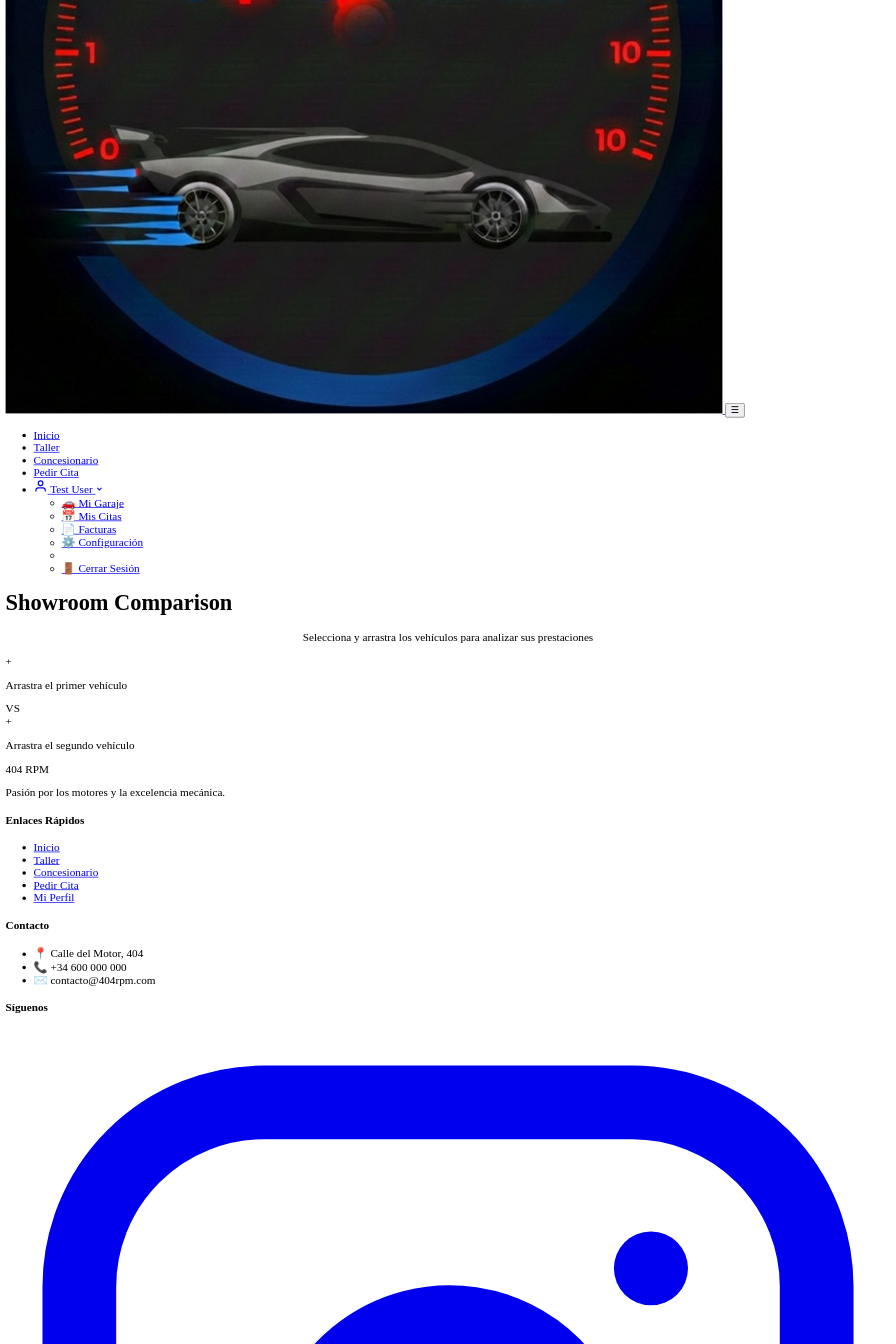
Repository: ikcpt/404-rpm
Page: http://localhost/comparacion
These files come from the project's save history. The page is drawn as it stood at one moment and after the next save; the edit follows.
The browser window is 1280 px wide. The pictures show the part of the page from y = 442 to 2362 px (the page is 5765 px tall), at 70% of full size.
The page is served by the project's Laravel application, run on PHP 8.4 with Laravel 12. A made-up administrator, Test User (test@example.com), is signed in. Other server files are loaded and not shown. Queries for data that is not in the repository find no rows.

Above is the page before, as saved 2026-02-05 11:35:54.

### dev/backend/src/routes/web.php
<?php

use App\Http\Controllers\ProfileController;
use App\Http\Controllers\HomeController;
use App\Http\Controllers\CarController;
use Illuminate\Support\Facades\File;
use Illuminate\Support\Facades\Route;
use Illuminate\Support\Facades\Response;
use Illuminate\Support\Facades\Auth;
use App\Models\Car;
use App\Models\Brand;
use App\Models\Appointment;

Route::get('/', [HomeController::class, 'index'])->name('home');

Route::get('/login', function() {
    return view('login');
})->name('login');

Route::get('/register', function() {
    return view('register');
})->name('register');

Route::get('/dashboard', function () {
    return redirect('/');
})->middleware(['auth', 'verified'])->name('dashboard');

// Ruta para acceder al menú de inicio de sesión
Route::get('acceso', function () {
    return view('acceso');
})->name('acceso');

Route::get('/concesionario', function () {
    $brands = Brand::all();
    // Obtenemos los coches separándolos por su clase y cargando la marca para optimizar
    $gamaAlta  = Car::where('class', 'Gama Alta')->with('brand')->get();
    $gamaMedia = Car::where('class', 'Gama Media')->with('brand')->get();
    $ocasion   = Car::where('class', 'Ocasión')->with('brand')->get();

    return view('concesionario', compact('brands', 'gamaAlta', 'gamaMedia', 'ocasion'));
})->name('concesionario');

Route::get('/api/cars/{id}', function ($id) {
    $car = Car::with(['brand', 'extras'])->find($id);

    if (!$car) {
        return response()->json(['error' => 'Coche no encontrado'], 404);
    }

    // Laravel convierte esto automáticamente a JSON
    return response()->json($car);
});

Route::get('/ficha/{id}', function ($id) {
    return view('ficha', ['id' => $id]);
})->name('ficha');

Route::get('/marca/{id}', [CarController::class, 'carsByBrand'])->name('marca.detalle');

// Middleware de autenticación. Las rutas que están dentro funcionarán si el usuario ha iniciado sesión
Route::get('/factura/{id}', function ($id) {
    return "Aquí se descargará la factura " . $id;
})->name('invoice');

Route::get('/cita', [CitaController::class, 'create'])->name('cita.create');
Route::post('/cita', [CitaController::class, 'store'])->name('citas.store');

// Rutas del perfil
Route::middleware('auth')->group(function () {
    // Ruta para cambiar la configuración del perfil
    Route::get('configuracion', [ProfileController::class, 'edit'])->name('configuracion');

    // Ruta para actualizar la información del perfil
    Route::patch('/profile', [ProfileController::class, 'update'])->name('profile.update');

    // Ruta para borrar información del perfil
    Route::delete('/profile', [ProfileController::class, 'destroy'])->name('profile.destroy');

    // Perfil (Vista principal)
    Route::get('/perfil', function() {
        $user = Auth::user()->load('profile', 'cars.brand');
        return view('perfil', compact('user'));
    })->name('perfil');

    // Facturas
    Route::get('/mis-facturas', function() {
        $user = Auth::user();
        $facturas = $user->facturas()->orderBy('fecha_emision', 'desc')->get();
        return view('mis-facturas', compact('user', 'facturas'));
    })->name('mis-facturas');

    // Citas
Route::get('/mis-citas', function () {
    $user = Auth::user();

    // 1. Obtenemos las citas
    $citas = App\Models\Cita::where('user_id', $user->id)->get();

    // 2. Obtenemos los coches (ESTO ES LO QUE FALTABA)
    $misCoches = $user->cars;

    // 3. Enviamos AMBAS variables a la vista
    return view('profile.citas', compact('citas', 'misCoches'));
})->name('mis-citas');

});


use App\Http\Controllers\ComparacionController;

Route::get('/comparacion', [ComparacionController::class, 'index'])->name('comparacion');
Route::get('/comparacion/{id}', [ComparacionController::class, 'show']);


// --- RUTA COMODÍN ---
// Esta ruta captura cualquier URL que no coincida con las anteriores.

Route::get('{any}', function ($filename) {
    $path = base_path('../frontend/' . $filename);

    if (!File::exists($path)) {
        abort(404);
    }

    $file = File::get($path);
    $type = File::mimeType($path);

    $response = Response::make($file, 200);
    $response->header('Content-Type', $type);

    return $response;
})->where('any', '.*');

require __DIR__.'/auth.php';

### dev/backend/src/app/Models/User.php
<?php

namespace App\Models;

// use Illuminate\Contracts\Auth\MustVerifyEmail;
use Illuminate\Database\Eloquent\Factories\HasFactory;
use Illuminate\Foundation\Auth\User as Authenticatable;
use Illuminate\Notifications\Notifiable;
use App\Models\Appointment;

class User extends Authenticatable
{
    /** @use HasFactory<\Database\Factories\UserFactory> */
    use HasFactory, Notifiable;

    /**
     * The attributes that are mass assignable.
     *
     * @var list<string>
     */
    protected $fillable = [
        'name',
        'email',
        'password',
    ];

    /**
     * The attributes that should be hidden for serialization.
     *
     * @var list<string>
     */
    protected $hidden = [
        'password',
        'remember_token',
    ];

    /**
     * Get the attributes that should be cast.
     *
     * @return array<string, string>
     */
    protected function casts(): array
    {
        return [
            'email_verified_at' => 'datetime',
            'password' => 'hashed',
        ];
    }

    // Relación. User 1:N Cars
    public function cars() {
        return $this->hasMany(Car::class);
    }

    public function profile() {
        return $this->hasOne(Profile::class);
    }

    public function reviews() {
        return $this->hasMany(Review::class);
    }
public function facturas()
    {
        // Cambia 'Factura::class' por 'Invoice::class'
        return $this->hasMany(Invoice::class);
    }
    public function appointments()
{
    return $this->hasMany(Appointment::class);
}
}

### dev/backend/src/app/Http/Controllers/ComparacionController.php
<?php

namespace App\Http\Controllers;

use App\Models\Car;
use Illuminate\Http\Request;

class ComparacionController extends Controller
{
    public function index()
    {
        // Carga ligera para el menú de selección
        $coches = Car::with('brand')->select('id', 'brand_id', 'model', 'image')->limit(15)->get();
        return view('comparacion', compact('coches'));
    }

    public function show($id)
    {
        try {
            $coche = Car::with(['brand', 'extras'])->findOrFail($id);

            return response()->json([
                'success' => true,
                'data' => [
                    'header' => [
                        'marca'  => $coche->brand->name ?? 'Marca',
                        'modelo' => $coche->model,
                        'imagen' => asset($coche->image), // Asegúrate de que la ruta sea accesible
                    ],
                    'precio' => [
                        'display' => number_format($coche->price, 0, ',', '.') . ' €',
                        'value'   => $coche->price
                    ],
                    // Array de especificaciones para iterar fácil
                    'specs' => [
                        [
                            'id'    => 'hp', // ID para comparar valores luego
                            'label' => 'Potencia',
                            'val'   => $coche->hp,
                            'unit'  => 'CV'
                        ],
                        [
                            'id'    => 'accel',
                            'label' => '0-100 km/h',
                            'val'   => $coche->acceleration, // Asume que es número (ej: 3.5)
                            'unit'  => 's'
                        ],
                        [
                            'id'    => 'cons',
                            'label' => 'Consumo',
                            'val'   => $coche->consumption,
                            'unit'  => 'L/100'
                        ]
                    ],
                    'extras' => $coche->extras->pluck('name')->take(3) // Solo los 3 primeros extras
                ]
            ]);

        } catch (\Exception $e) {
            return response()->json(['success' => false], 404);
        }
    }
}

### dev/backend/src/app/Models/Car.php
<?php

namespace App\Models;

use Illuminate\Database\Eloquent\Factories\HasFactory;
use Illuminate\Database\Eloquent\Model;

class Car extends Model
{
    use HasFactory;

    protected $fillable = [
        'brand_id',
        'user_id',
        'model',
        'type',
        'description',
        'price',
        'image',
    ];

    public function brand() {
        return $this->belongsTo(Brand::class);
    }

    public function user() {
        return $this->belongsTo(User::class);
    }

public function extras() {
    return $this->belongsToMany(Extra::class);
}
}

### dev/backend/src/resources/views/comparacion.blade.php
@extends('layouts.layout')

@section('content')
<div class="comparador">
    <header class="titulo-container">
        <h1 class="titulo">Showroom Comparison</h1>
        <p style="color: var(--text-muted); text-align: center;">Selecciona y arrastra los vehículos para analizar sus prestaciones</p>
    </header>

    <section class="garage">
        @foreach($coches as $coche)
            <div class="car-card" draggable="true" data-id="{{ $coche->id }}">
                <img src="{{ $coche->image }}" alt="{{ $coche->model }}">
                <span>{{ $coche->model }}</span>
                <small style="color: var(--primary)">{{ $coche->brand->name ?? '' }}</small>
            </div>
        @endforeach
    </section>

    <section class="zona-comparacion">
        <div class="drop-slot" id="slotA">
            <div class="empty-state">
                <div class="icon-plus">+</div>
                <p>Arrastra el primer vehículo</p>
            </div>
            <div class="specs-container" style="display:none;"></div>
        </div>

        <div class="vs">VS</div>

        <div class="drop-slot" id="slotB">
            <div class="empty-state">
                <div class="icon-plus">+</div>
                <p>Arrastra el segundo vehículo</p>
            </div>
            <div class="specs-container" style="display:none;"></div>
        </div>
    </section>
</div>
@endsection

### dev/backend/src/resources/views/layouts/layout.blade.php
<!DOCTYPE html>
<html lang="es">

<head>
    <meta charset="UTF-8">
    <meta name="viewport" content="width=device-width, initial-scale=1.0">
    <title>@yield('title', '404 RPM')</title>

    <link rel="preconnect" href="https://fonts.googleapis.com">
    <link rel="preconnect" href="https://fonts.gstatic.com" crossorigin>
    <link href="https://fonts.googleapis.com/css2?family=Inter:wght@400;600;700&display=swap" rel="stylesheet">

    <link rel="stylesheet" href="{{ asset('css/inicio.css') }}">
    <link rel="stylesheet" href="{{ asset('css/Tarjetas.css') }}">
    <link rel="stylesheet" href="{{ asset('css/perfil.css') }}">
    <link rel="stylesheet" href="{{ asset('css/footer.css') }}">
    <link rel="stylesheet" href="{{ asset('css/nav.css') }}">
    <link rel="stylesheet" href="{{ asset('css/concesionario.css') }}">
    <link rel="stylesheet" href="{{ asset('css/responsive.css') }}">
    <link rel="stylesheet" href="{{ asset('css/buscador.css') }}">

    @stack('styles')
</head>

<body>
    <header class="encabezado-principal">
        <div class="contenedor-header">
            <a href="{{ route('home') }}" class="logo">
                <img src="{{ asset('assets/img/logo.jpg') }}" alt="404 RPM Inicio">
            </a>

            <button class="boton-menu" aria-label="Abrir menú">☰</button>

            <nav class="navegacion-principal">
                <ul class="lista-navegacion">
                    <li><a href="{{ route('home') }}" class="enlace-nav">Inicio</a></li>
                    <li><a href="{{ asset('taller.html') }}" class="enlace-nav">Taller</a></li>
                    <li><a href="{{ route('concesionario') }}" class="enlace-nav">Concesionario</a></li>
                    <li><a href="{{ route('cita.create') }}" class="enlace-nav">Pedir Cita</a></li>

                    @guest
                    <li id="menu-guest" style="display: flex; gap: 15px; align-items: center;">
                        <a href="{{ route('login') }}" class="enlace-nav boton-destacado">Entrar</a>
                    </li>
                    @endguest

                    @auth
                    <li id="menu-auth" class="item-con-desplegable">
                        <a href="{{ route('perfil') }}" class="enlace-nav enlace-perfil">
                            <svg viewBox="0 0 24 24" width="20" height="20" stroke="currentColor" stroke-width="2"
                                fill="none">
                                <path d="M20 21v-2a4 4 0 0 0-4-4H8a4 4 0 0 0-4 4v2"></path>
                                <circle cx="12" cy="7" r="4"></circle>
                            </svg>
                            <span id="user-name">{{ Auth::user()->name }}</span>
                            <svg class="flecha-baja" width="12" height="12" viewBox="0 0 24 24" stroke="currentColor"
                                stroke-width="3" fill="none">
                                <path d="M6 9l6 6 6-6" />
                            </svg>
                        </a>

                        <ul class="submenu">
                            <li><a href="{{ route('perfil') }}#garaje">🚗 Mi Garaje</a></li>
                            <li><a href="{{ route('perfil') }}#citas">📅 Mis Citas</a></li>
                            <li><a href="{{ route('mis-facturas') }}">📄 Facturas</a></li>
                            <li><a href="{{ route('configuracion') }}">⚙️ Configuración</a></li>
                            <li class="separador-menu"></li>
                            <li>
                                <form method="POST" action="{{ route('logout') }}" style="display: inline;">
                                    @csrf
                                    <a href="#" onclick="event.preventDefault(); this.closest('form').submit();"
                                        class="cerrar-sesion">
                                        🚪 Cerrar Sesión
                                    </a>
                                </form>
                            </li>
                        </ul>
                    </li>
                    @endauth

                </ul>
            </nav>
        </div>
    </header>

    <main>
        @yield('content')
    </main>

    <footer class="pie-pagina">
        <div class="contenedor-footer">
            <div class="columna-footer">
                <div class="footer-logo">404 RPM</div>
                <p class="footer-texto">Pasión por los motores y la excelencia mecánica.</p>
            </div>

            <div class="columna-footer">
                <h4>Enlaces Rápidos</h4>
                <ul class="enlaces-footer">
                    <li><a href="{{ route('home') }}">Inicio</a></li>
                    <li><a href="{{ asset('taller.html') }}">Taller</a></li>
                    <li><a href="{{ route('concesionario') }}">Concesionario</a></li>
                    <li><a href="{{ asset('cita.html') }}">Pedir Cita</a></li>
                    <li><a href="{{ route('login') }}">Mi Perfil</a></li>
                </ul>
            </div>

            <div class="columna-footer">
                <h4>Contacto</h4>
                <ul class="info-contacto">
                    <li>📍 Calle del Motor, 404</li>
                    <li>📞 +34 600 000 000</li>
                    <li>✉️ contacto@404rpm.com</li>
                </ul>
            </div>

            <div class="columna-footer">
                <h4>Síguenos</h4>
                <div class="redes-sociales">
                    <a href="#" aria-label="Instagram" class="icono-social">
                        <svg viewBox="0 0 24 24" stroke="currentColor" stroke-width="2" fill="none"
                            stroke-linecap="round" stroke-linejoin="round">
                            <rect x="2" y="2" width="20" height="20" rx="5" ry="5"></rect>
                            <path d="M16 11.37A4 4 0 1 1 12.63 8 4 4 0 0 1 16 11.37z"></path>
                            <line x1="17.5" y1="6.5" x2="17.51" y2="6.5"></line>
                        </svg>
                    </a>
                    <a href="#" aria-label="Facebook" class="icono-social">
                        <svg viewBox="0 0 24 24" stroke="currentColor" stroke-width="2" fill="none"
                            stroke-linecap="round" stroke-linejoin="round">
                            <path d="M18 2h-3a5 5 0 0 0-5 5v3H7v4h3v8h4v-8h3l1-4h-4V7a1 1 0 0 1 1-1h3z"></path>
                        </svg>
                    </a>
                    <a href="#" aria-label="Twitter" class="icono-social">
                        <svg viewBox="0 0 24 24" stroke="currentColor" stroke-width="2" fill="none"
                            stroke-linecap="round" stroke-linejoin="round">
                            <path
                                d="M23 3a10.9 10.9 0 0 1-3.14 1.53 4.48 4.48 0 0 0-7.86 3v1A10.66 10.66 0 0 1 3 4s-4 9 5 13a11.64 11.64 0 0 1-7 2c9 5 20 0 20-11.5a4.5 4.5 0 0 0-.08-.83A7.72 7.72 0 0 0 23 3z">
                            </path>
                        </svg>
                    </a>
                </div>
            </div>
        </div>
        <div class="barra-copyright">
            <p>&copy; 2026 404 RPM. Todos los derechos reservados.</p>
        </div>
    </footer>

    <script src="{{ asset('js/app.js') }}"></script>
    @yield('scripts')
</body>

</html>

Loaded but not shown: dev/backend/src/routes/auth.php (common file); dev/backend/src/app/Http/Controllers/Auth/EmailVerificationPromptController.php (common file); dev/backend/src/app/Http/Controllers/Controller.php (common file); dev/backend/src/app/Http/Controllers/Auth/VerifyEmailController.php (common file)

After the next save:
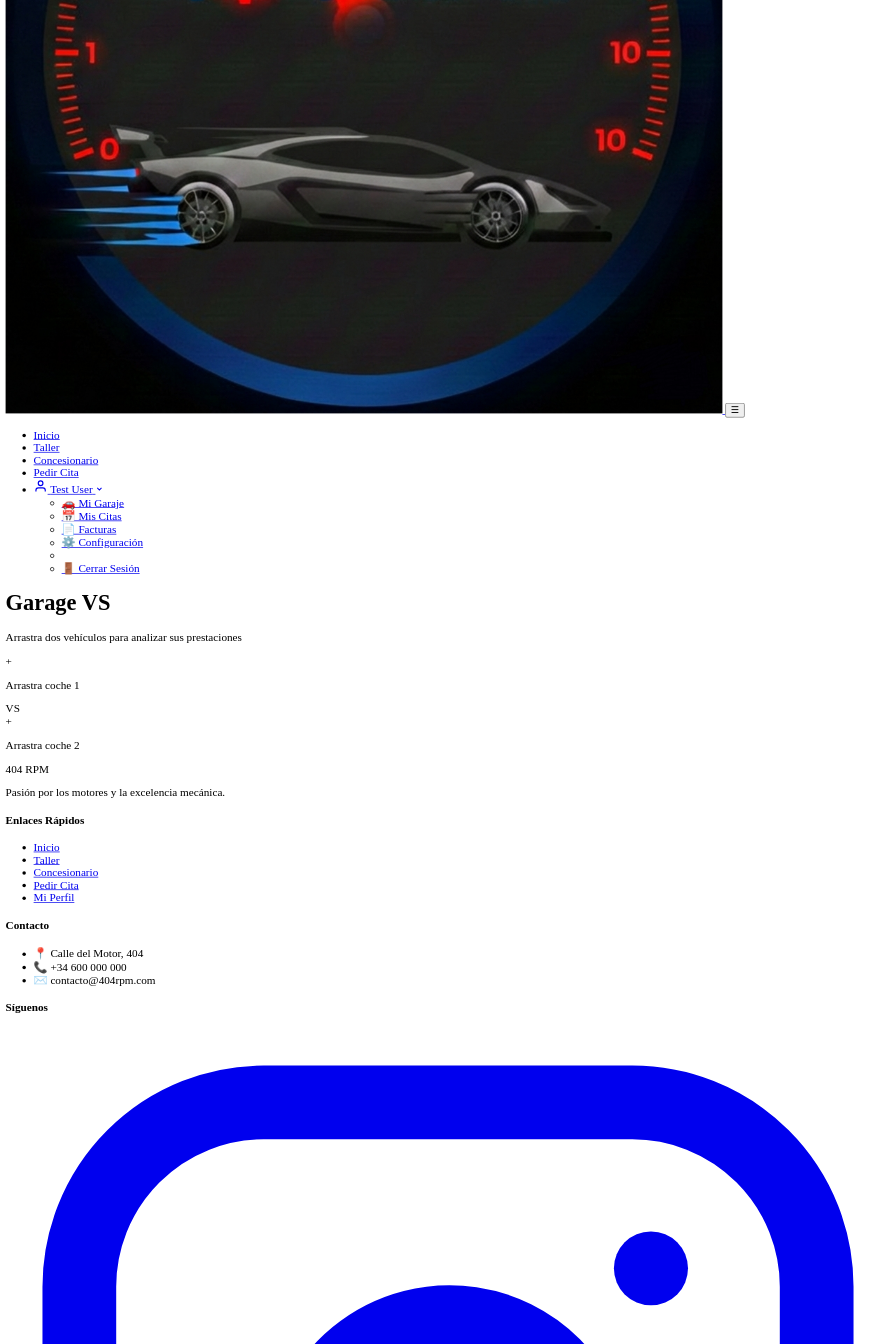
Saved 7 s later.
--- a/dev/backend/src/resources/views/comparacion.blade.php
+++ b/dev/backend/src/resources/views/comparacion.blade.php
@@ -1,40 +1,52 @@
 @extends('layouts.layout')
 
 @section('content')
-<div class="comparador">
-    <header class="titulo-container">
-        <h1 class="titulo">Showroom Comparison</h1>
-        <p style="color: var(--text-muted); text-align: center;">Selecciona y arrastra los vehículos para analizar sus prestaciones</p>
-    </header>
+<div class="comparador-wrapper">
 
-    <section class="garage">
-        @foreach($coches as $coche)
-            <div class="car-card" draggable="true" data-id="{{ $coche->id }}">
-                <img src="{{ $coche->image }}" alt="{{ $coche->model }}">
-                <span>{{ $coche->model }}</span>
-                <small style="color: var(--primary)">{{ $coche->brand->name ?? '' }}</small>
+    <div class="header-text">
+        <h1>Garage VS</h1>
+        <p>Arrastra dos vehículos para analizar sus prestaciones</p>
+    </div>
+
+    <div class="garage-container">
+        <div class="garage-track">
+            @foreach($coches as $coche)
+                <div class="car-card" draggable="true" data-id="{{ $coche->id }}">
+                    <div class="card-img-wrap">
+                        <img src="{{ asset($coche->image) }}" alt="{{ $coche->model }}">
+                    </div>
+                    <div class="card-info">
+                        <span class="brand">{{ $coche->brand->name ?? '' }}</span>
+                        <span class="model">{{ $coche->model }}</span>
+                    </div>
+                </div>
+            @endforeach
+        </div>
+    </div>
+
+    <div class="arena">
+
+        <div class="drop-zone" id="slotA">
+            <div class="empty-state">
+                <div class="plus-icon">+</div>
+                <p>Arrastra coche 1</p>
             </div>
-        @endforeach
-    </section>
-
-    <section class="zona-comparacion">
-        <div class="drop-slot" id="slotA">
-            <div class="empty-state">
-                <div class="icon-plus">+</div>
-                <p>Arrastra el primer vehículo</p>
-            </div>
-            <div class="specs-container" style="display:none;"></div>
+            <div class="car-content hidden"></div>
         </div>
 
-        <div class="vs">VS</div>
+        <div class="vs-badge">VS</div>
 
-        <div class="drop-slot" id="slotB">
+        <div class="drop-zone" id="slotB">
             <div class="empty-state">
-                <div class="icon-plus">+</div>
-                <p>Arrastra el segundo vehículo</p>
+                <div class="plus-icon">+</div>
+                <p>Arrastra coche 2</p>
             </div>
-            <div class="specs-container" style="display:none;"></div>
+            <div class="car-content hidden"></div>
         </div>
-    </section>
+
+    </div>
 </div>
+
+<link rel="stylesheet" href="{{ asset('css/comparador.css') }}">
+<script src="{{ asset('js/comparador.js') }}"></script>
 @endsection
